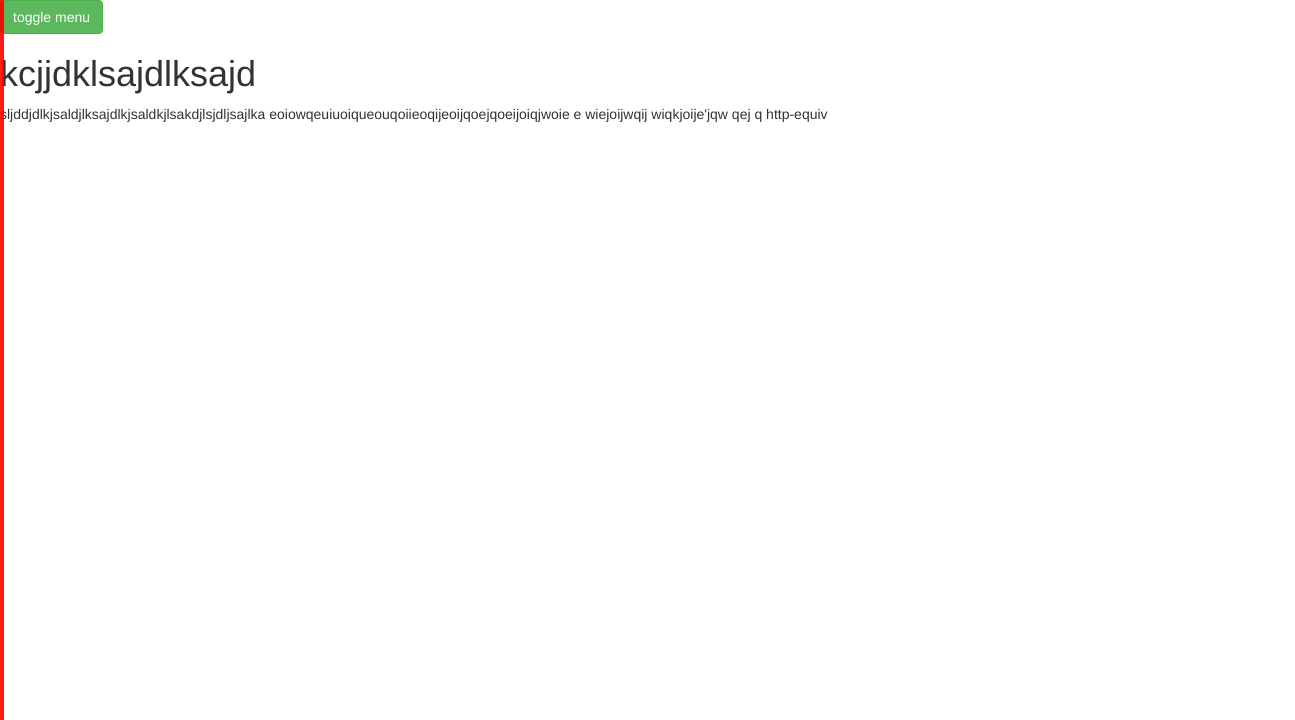
Repository: Juliolikescoding/WEB1010_bootstrap
Page: sidebartemp.html
The author's editor kept a copy of each file at every save. The page is drawn from the files as they stood at one save, then again after a run of saves.
The browser window is 1280 px wide. The page is 1295 px wide, then 1280 px, so the pictures cover 1295 px, including what lies to the right of the window. The pictures show the whole page.
Some web libraries are served in a nearby version.

Above is the page before, as saved 2018-05-14 19:05:36.

### sidebartemp.html
<!DOCTYPE html>
<html lang="en">

<head>
    <meta charset="UTF-8">
    <meta name="viewport" content="width=device-width, initial-scale=1.0">
    <meta http-equiv="X-UA-Compatible" content="ie=edge">
    <link rel="stylesheet" href="https://maxcdn.bootstrapcdn.com/bootstrap/3.3.4/css/bootstrap.min.css">
    <link rel="stylesheet" href="https://cdnjs.cloudflare.com/ajax/libs/font-awesome/4.7.0/css/font-awesome.css">
    <script src="https://ajax.googleapis.com/ajax/libs/jquery/1.11.3/jquery.min.js"></script>
    <script src="https://maxcdn.bootstrapcdn.com/bootstrap/3.3.4/js/bootstrap.min.js"></script>
    <link rel="stylesheet" href="./sidebar.css">
    <title>Sidebar</title>
</head>

<body>

    <div class="wrapper">

        <!-- sidebar -->
        <div id="sidebar-wrapper">
            <ul class="sidebar-nav">
                <li>
                    <a href="#">Account</a>
                </li>
                <li>
                    <a href="#">Settings</a>
                </li>
                <li>
                    <a href="#">Logout</a>
                </li>
            </ul>
        </div>


        <!-- Page content -->
        <div id="page-content-wrapper">
            <div class="containerfluid">
                <div class="row">
                    <div class="col-lg-12">
                        <a href="#" class="btn btn-success" id="menu-toggle"> toggle menu</a>
                        <h1> kcjjdklsajdlksajd </h1>
                        <p> sljddjdlkjsaldjlksajdlkjsaldkjlsakdjlsjdljsajlka eoiowqeuiuoiqueouqoiieoqijeoijqoejqoeijoiqjwoie
                            e wiejoijwqij wiqkjoije'jqw
                        qej
                    q
                 http-equiv  </p>


                </div>
            </div>
        </div>
    </div>




</div>

<!-- menu toggle input -->


<script>
    $("#menu-toggle").click( function (e){
        e.preventDefault();
        $("#wrapper").toggleClass("toggled")
    });
</script>

</body>
</html>

### sidebar.css
/* sidebar */
#sidebar-wrapper{
    z-index: 1;
    position: absolute;
    width: 0;
    height: 100%;
    overflow-y: hidden;
    background: #2C3E50;
    border: 2px solid red;
    opacity: 0.9;
}

/* main content */
#page-content-wrapper{
    width: 100%;
    position: absolute;
    padding:
}

After the next 2 saves:
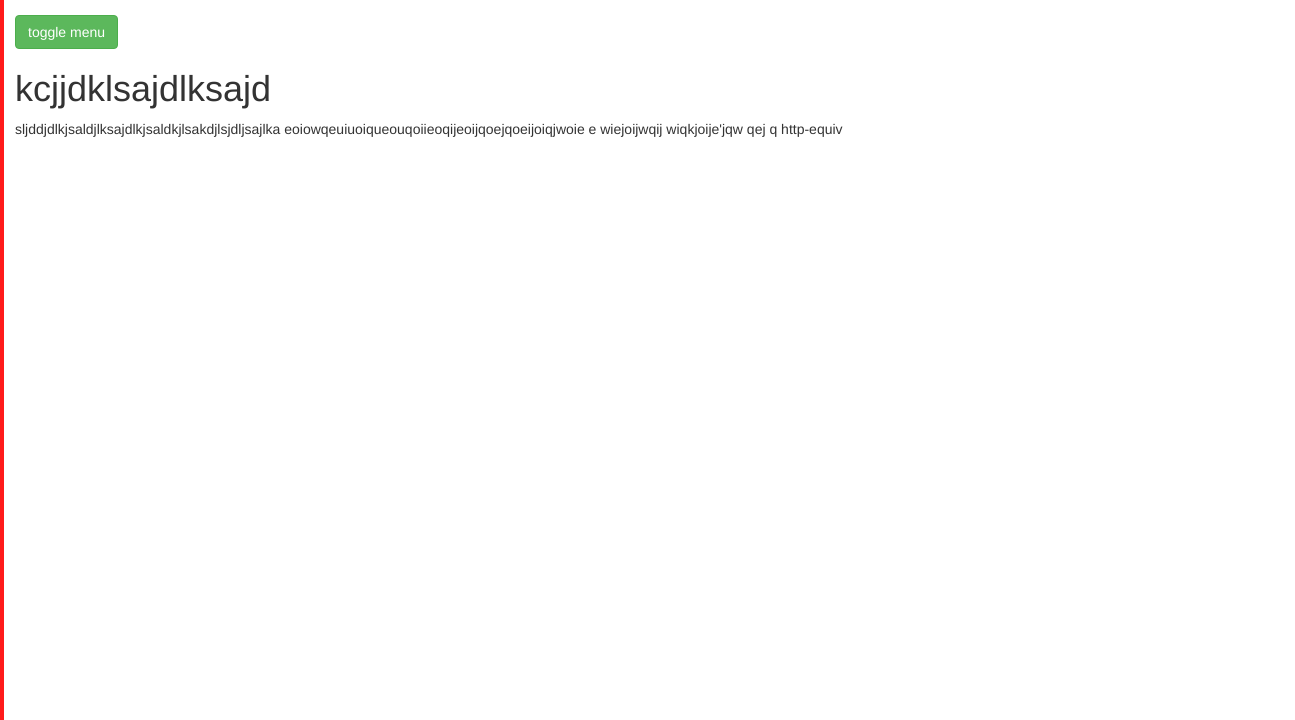
The 2 saves are shown as one change because they came seconds apart.
The last was saved 7 s later.
--- a/sidebar.css
+++ b/sidebar.css
@@ -14,5 +14,6 @@
 #page-content-wrapper{
     width: 100%;
     position: absolute;
-    padding:
+    padding: 15px;
+
 }
